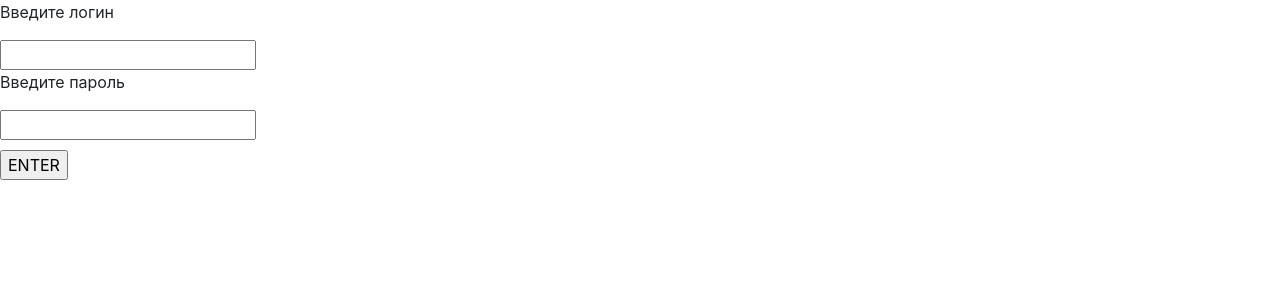
Repository: sMoonBeam/Labs
Page: MyList/WebContent/index.html
An editor plug-in stored every save of this project. The page is shown before and after the next save, followed by the edit.
The browser window is 1280 px wide. The pictures show the whole page.

Above is the page before, as saved 2019-10-16 20:41:25.

### MyList/WebContent/index.html
<!DOCTYPE html>
<html>

<head>
<meta charset="UTF-8">
<title>LOGIN</title>
<link href="https://stackpath.bootstrapcdn.com/bootstrap/4.3.1/css/bootstrap.min.css" rel="stylesheet">
</head>
<body>
	<form  action="mylist" method="POST">
		<p>Введите логин</p>
		<input type="text" name="login" required/>
		<p>Введите пароль</p>
		<input type="text" name="password"/>
		<br>
		<input style="margin-top: 10px;" type="submit" value="ENTER"/>
	</form>
</body>
</html>

After the next save:
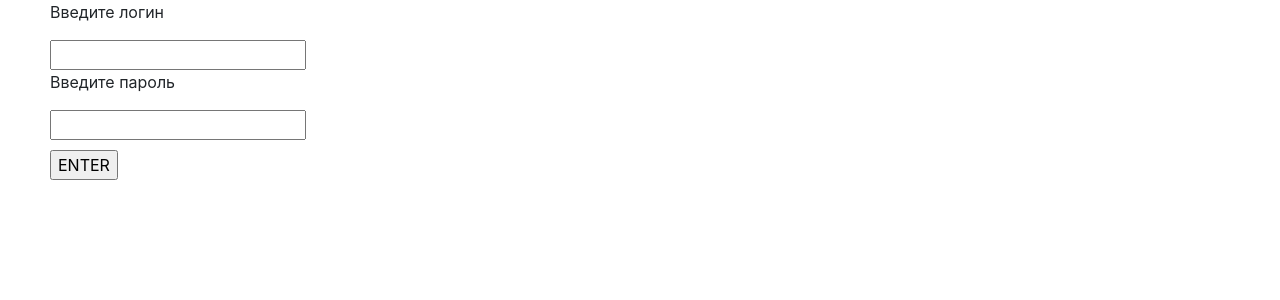
Saved 23 s later.
--- a/MyList/WebContent/index.html
+++ b/MyList/WebContent/index.html
@@ -7,7 +7,7 @@
 <link href="https://stackpath.bootstrapcdn.com/bootstrap/4.3.1/css/bootstrap.min.css" rel="stylesheet">
 </head>
 <body>
-	<form  action="mylist" method="POST">
+	<form  action="mylist" method="POST" style="margin-left: 50px">
 		<p>Введите логин</p>
 		<input type="text" name="login" required/>
 		<p>Введите пароль</p>
